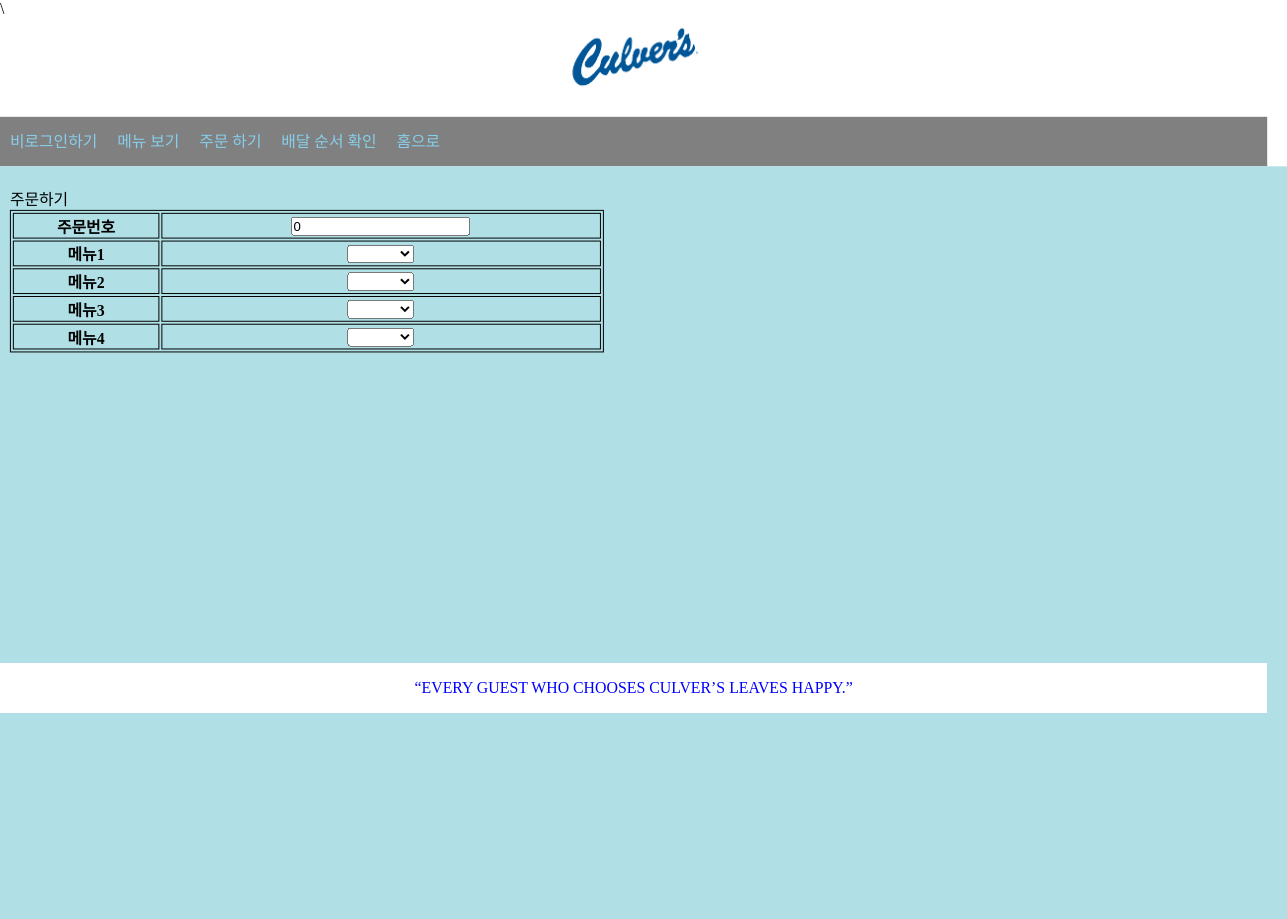
Repository: andy981217/culvers
Page: http://localhost/Culvers/order
These files come from the project's save history. The page is drawn as it stood at one moment and after the next save; the edit follows.
The browser window is 1280 px wide. The page is 1300 px wide, so the pictures cover 1300 px, including what lies to the right of the window. The pictures show the whole page, at 99% of full size.
The page is served by Tomcat 9. Other server files are loaded and not shown. Queries for data that is not in the repository find no rows.

Above is the page before, as saved 2022-12-28 06:53:25.

### Culvers/src/main/webapp/order.jsp
<%@ page language="java" contentType="text/html; charset=UTF-8"
	pageEncoding="UTF-8"%>
<%
request.setCharacterEncoding("UTF-8");
%>
<%
request.setCharacterEncoding("UTF-8");
int order_no = 0;
order_no = (Integer) request.getAttribute("order_no");
%>
<!DOCTYPE html>
<html>
<head>
<meta charset="UTF-8">
<title>Insert title here</title>\
<link rel="stylesheet" href="style.css">
</head>
<body>
	<%@ include file="topmenu.jsp"%>
	<section>
		<div class="title">주문하기</div>
		<form name="frm" action="orderMenu">
			<div name="wrapper">
				<table>
					<tr>
						<th>주문번호</th>
						<td><input type="text" name="order_no"  value="<%=order_no%>"
							readonly></td>
					</tr>
					<tr>
						<th>메뉴1</th>
						<td><select name="menu">
								<option></option>
								<option value="1">햄버거1</option>
								<option value="2">햄버거2</option>
								<option value="3">감튀1</option>
								<option value="4">감튀2</option>
								<option value="5">콜라</option>
								<option value="6">사이다</option>
								<option value="7">쉐이크1</option>
								<option value="8">쉐이크2</option>
						</select></td>
					</tr>
					<tr>
						<th>메뉴2</th>
						<td><select name="menu">
								<option></option>
								<option value="1">햄버거1</option>
								<option value="2">햄버거2</option>
								<option value="3">감튀1</option>
								<option value="4">감튀2</option>
								<option value="5">콜라</option>
								<option value="6">사이다</option>
								<option value="7">쉐이크1</option>
								<option value="8">쉐이크2</option>
						</select></td>
					</tr>
					<tr>
						<th>메뉴3</th>
						<td><select name="menu">
								<option></option>
								<option value="1">햄버거1</option>
								<option value="2">햄버거2</option>
								<option value="3">감튀1</option>
								<option value="4">감튀2</option>
								<option value="5">콜라</option>
								<option value="6">사이다</option>
								<option value="7">쉐이크1</option>
								<option value="8">쉐이크2</option>
						</select></td>
					</tr>
					<tr>
						<th>메뉴4</th>
						<td><select name="menu">
								<option></option>
								<option value="1">햄버거1</option>
								<option value="2">햄버거2</option>
								<option value="3">감튀1</option>
								<option value="4">감튀2</option>
								<option value="5">콜라</option>
								<option value="6">사이다</option>
								<option value="7">쉐이크1</option>
								<option value="8">쉐이크2</option>
						</select></td>
					</tr>
				</table>
			</div>
		</form>
	</section>
	<%@ include file="footer.jsp"%>
</body>
</html>

### Culvers/src/main/webapp/topmenu.jsp
<%@ page language="java" contentType="text/html; charset=UTF-8"
    pageEncoding="UTF-8"%>
<!DOCTYPE html>
<html>
<head>
<meta charset="UTF-8">
<title>Insert title here</title>
</head>
<body>
	<header>
		<a><img src="./images/logo.png"   ></a>
	</header>
	<nav>
		<ul>
			<li> <a href="add">비로그인하기</a></li>
			<li> <a href="list">메뉴 보기</a></li>
			<li> <a href="order">주문 하기</a></li>
			<li> <a href="check">배달 순서 확인</a></li>
			<li> <a href="home">홈으로</a></li>
		</ul>
	</nav>
</body>
<link href="style.css" rel="stylesheet" type="text/css">
</html>

### Culvers/src/main/webapp/footer.jsp
<%@ page language="java" contentType="text/html; charset=UTF-8"
    pageEncoding="UTF-8"%>
<!DOCTYPE html>
<html>
<head>
<meta charset="UTF-8">
<title>Insert title here</title>
</head>
<body>
	<footer>
		“EVERY GUEST WHO CHOOSES CULVER’S LEAVES HAPPY.”
	</footer>
</body>
<link href="style.css" rel="stylesheet" type="text/css">
</html>

### Culvers/src/main/java/controller/DeliveryController.java
package controller;

import java.io.IOException;
import javax.servlet.ServletException;
import javax.servlet.annotation.WebServlet;
import javax.servlet.http.HttpServlet;
import javax.servlet.http.HttpServletRequest;
import javax.servlet.http.HttpServletResponse;

import DAO.LoginDAO;

@WebServlet("/")
public class DeliveryController extends HttpServlet {
	private static final long serialVersionUID = 1L;

	public DeliveryController() {
		super();
	}

	protected void doGet(HttpServletRequest request, HttpServletResponse response)
			throws ServletException, IOException {
		doPro(request, response);
	}

	protected void doPost(HttpServletRequest request, HttpServletResponse response)
			throws ServletException, IOException {
		request.setCharacterEncoding("UTF-8");
		doPro(request, response);
	}

	protected void doPro(HttpServletRequest request, HttpServletResponse response)
			throws ServletException, IOException {
		request.setCharacterEncoding("UTF-8");
		String context = request.getContentType();
		String command = request.getServletPath();
		String site = null;

		LoginDAO login = new LoginDAO();

		switch (command) {
		case "/add":
			site = login.nextCustno(request, response);
			break;
		case "/insertLog":
			site = login.insertLog(request, response);
			break;
		case "/list":
			site = "list.jsp";
			break;
		case "/order":
			site = login.nextOrder(request,response);
			break;
		/*
		 * case "orderMenu": site = login.orderMenu(request, response); break;
		 */

		}
		getServletContext().getRequestDispatcher("/" + site).forward(request, response);
	}
}

### Culvers/src/main/java/DAO/LoginDAO.java
package DAO;

import java.io.IOException;
import java.sql.Connection;
import java.sql.DriverManager;
import java.sql.PreparedStatement;
import java.sql.ResultSet;

import javax.servlet.ServletException;
import javax.servlet.http.HttpServletRequest;
import javax.servlet.http.HttpServletResponse;

public class LoginDAO {
	Connection conn = null;
	PreparedStatement ps = null;
	ResultSet rs = null;

	// 데이터 베이스 연결
	public static Connection getConnection() throws Exception {
		Class.forName("oracle.jdbc.OracleDriver");
		Connection con = DriverManager.getConnection("jdbc:oracle:thin:@//localhost:1521/xe", "test", "test1234");
		return con;
	}

	public String insertLog(HttpServletRequest request, HttpServletResponse response)
			throws ServletException, IOException {
		int custno = Integer.parseInt(request.getParameter("custno"));
		String name = request.getParameter("name");
		String phone = request.getParameter("phone");
		int result = 0;

		try {
			conn = getConnection();
			String sql = "insert into login values(?,?,?)";
			ps = conn.prepareStatement(sql);
			ps.setInt(1, custno);
			ps.setString(2, name);
			ps.setString(3, phone);

			result = ps.executeUpdate();
			conn.close();
			ps.close();
		} catch (Exception e) {
			e.printStackTrace();
		}
		return "list.jsp";

	}

	public String nextCustno(HttpServletRequest request, HttpServletResponse response)
			throws ServletException, IOException {
		try {
			conn = getConnection();
			String sql = "select max(custno)+1 custno from login";
			ps = conn.prepareStatement(sql);
			rs = ps.executeQuery();
			int custno = 0;
			if (rs.next())
				custno = rs.getInt(1);

			request.setAttribute("custno", custno);
			conn.close();
			ps.close();
			rs.close();

		} catch (Exception e) {
			e.printStackTrace();
		}
		return "login.jsp";
	}
	public String nextOrder(HttpServletRequest request, HttpServletResponse response)
		throws ServletException,IOException{
			try {
				conn=getConnection();
				String sql = "select max(order_no)+1 order_no from delivery ";
				ps = conn.prepareStatement(sql);
				rs= ps.executeQuery();
				int order_no = 0;
				if(rs.next())
					order_no = rs.getInt(1);

				request.setAttribute("order_no", order_no);
				conn.close();
				ps.close();
				rs.close();
			}catch(Exception e) {
				e.printStackTrace();
		}
			return "order.jsp";
	}
}

### Culvers/src/main/webapp/style.css
@charset "UTF-8";

*{
	margin:0;
	padding:0;
}
header{
	height:100px;
	line-height:150px;
	width:100%;
	background:white;
	text-align:center;
	font-size:25px;
	color: #fff;
}

nav ul{
	height:50px;
	line-height:50px;
	width:100%;
	background:gray;
	overflow:hidden;
}
nav ul li {
	float: left;
	list-style: none;
	padding: 0 10px;
}

a {
	text-decoration: none;
	color: skyblue;
}
section {
   position: absolute;
   overflow: auto;
   width: 100%;
   height: 100%;
   background: #B0E0E6;;
   padding: 20px 10px;
}
footer {
	position: fixed;
	bottom: 0;
	width: 100%;
	height: 50px;
	line-height: 50px;
	text-align: center;
	background: white;
	color: blue ;

}
.wrapper{
	display:flex;
	justify-content: center;
	align-items: center;
	text-align: cener;
	height:200px;
}
table{
	width: 600px;
}
table, tr, td, th{
	border: 1px solid black;
	text-align: center;
}

After the next save:
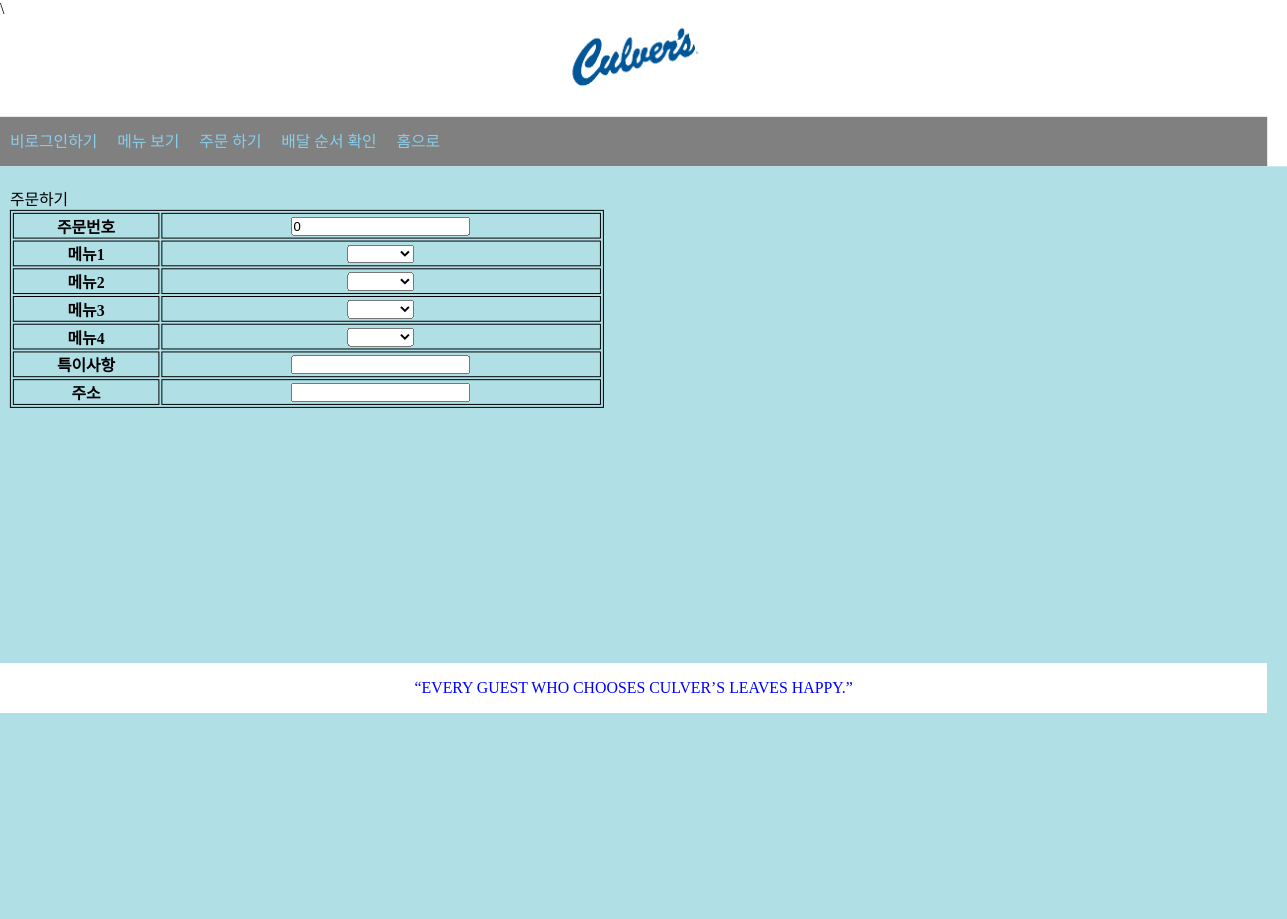
Saved 3 min 6 s later.
--- a/Culvers/src/main/webapp/order.jsp
+++ b/Culvers/src/main/webapp/order.jsp
@@ -83,6 +83,13 @@
 								<option value="8">쉐이크2</option>
 						</select></td>
 					</tr>
+					<tr>
+						<th>특이사항</th>
+						<td><input type="text" name="require"></td>
+					</tr>
+					<tr>
+						<th>주소</th>
+						<td><input type="text" name="address"></td>
 				</table>
 			</div>
 		</form>
